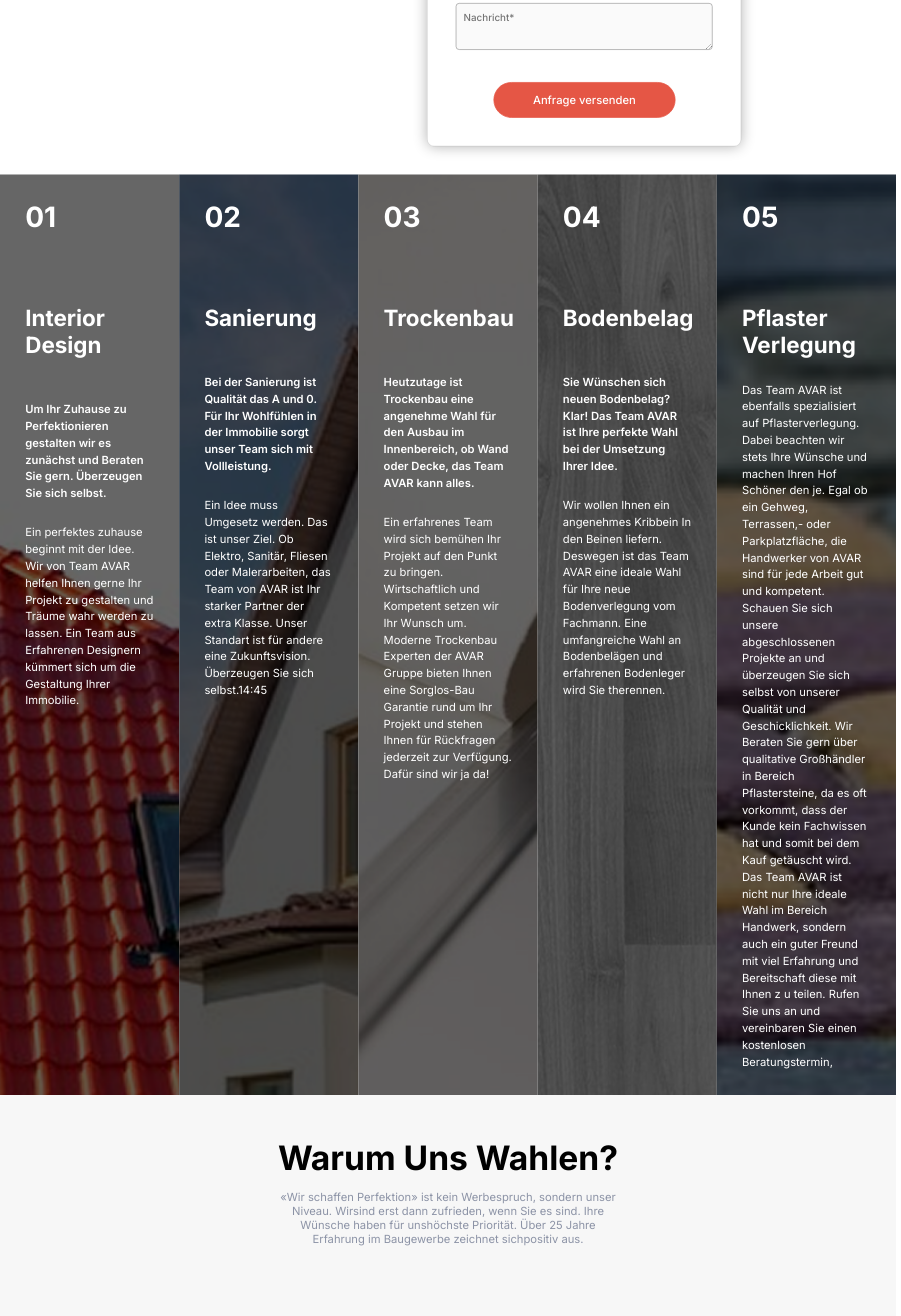
Repository: AlazarStudio/avar_react
Page: /
The author's editor kept a copy of each file at every save. The page is drawn from the files as they stood at one save, then again after a run of saves.
The browser window is 1280 px wide. The page is 1287 px wide, so the pictures cover 1287 px, including what lies to the right of the window. The pictures show the part of the page from y = 1195 to 3075 px (the page is 8058 px tall before and 7647 px after), at 70% of full size.
The project was rebuilt for these pictures with package versions that can differ from the ones it lists, and the page was loaded fresh each time. Also part of the build but not shown: vite.config.js, src/Components/Pages/Non_Found_Page.jsx, src/Components/Pages/HomePage/HomePage.module.css, src/Components/Pages/UberUnsPage/UberUnsPage.module.css, src/Components/ui/UberUnsContainers/Container1/Container1.module.css, src/Components/ui/UberUnsContainers/Container1/Container1.jsx, src/Components/ui/UberUnsContainers/Container2/Container2.module.css, src/Components/ui/UberUnsContainers/Container2/Container2.jsx and 55 more.

Above is the page before, as saved 2025-07-04 15:33:27.

### index.html
<!DOCTYPE html>
<html lang="ru">
  <head>
    <meta charset="UTF-8" />
    <link rel="icon" type="image/svg+xml" href="/Vector.svg" />
    <meta name="viewport" content="width=device-width, initial-scale=1.0" />
    <title>AVAR</title>
    <!-- Основные мета-теги для iOS -->
    <meta name="apple-mobile-web-app-capable" content="yes" />
    <meta name="apple-mobile-web-app-status-bar-style" content="black" />
    <meta name="apple-mobile-web-app-title" content="My App" />

    <!-- Иконки для iOS -->
    <link rel="apple-touch-icon" href="/favicon-alazar-studio.png" />

    <!-- Цветовая схема для iOS (настраивает цвет адресной строки и интерфейса) -->
    <meta name="theme-color" content="#1976d2" />

    <link rel="manifest" href="/manifest.json" />
    <link
      href="https://fonts.googleapis.com/css2?family=Inter:wght@400;500;600;700&display=swap"
      rel="stylesheet"
    />

    <!-- <link rel="stylesheet" href="https://fonts.googleapis.com/css2?family=Montserrat:wght@400;700&display=swap"> -->
  </head>

  <body>
    <div id="root"></div>
    <script type="module" src="/src/main.jsx"></script>
  </body>
</html>

### src/App.jsx
import React from 'react';
import { Route, Routes } from 'react-router-dom';

// import Main_Page from './Components/Pages/Main_Page';
import Non_Found_Page from './Components/Pages/Non_Found_Page';
import Layout from './Components/Standart/Layout/Layout';
// import InstallButton from './Components/Pages/InstallButton/InstallButton';
import HomePage from './Components/Pages/HomePage/HomePage';
import UberUnsPage from './Components/Pages/UberUnsPage/UberUnsPage';
import ServicesPage from './Components/Pages/ServicesPage/ServicesPage';
import ProjektePage from './Components/Pages/ProjektePage/ProjektePage';
import OneProjektPage from './Components/Pages/OneProjektPage/OneProjektPage';
import KontaktPage from './Components/Pages/KontaktPage/KontaktPage';
import UnserTeamPage from './Components/Pages/UnserTeamPage/UnserTeamPage';
import BewertungenPage from './Components/Pages/BewertungenPage/BewertungenPage';

function App() {
  return (
    <>
      <Routes>
        <Route path="/" element={<Layout />}>
          <Route index element={<HomePage />} />
          <Route path="überUns" element={<UberUnsPage />} />
          <Route path="services" element={<ServicesPage />} />\
          <Route path="projekte" element={<ProjektePage />} />
          <Route path="projekte/:id" element={<OneProjektPage />} />
          <Route path="kontakt" element={<KontaktPage />} />
          <Route path="unserTeam" element={<UnserTeamPage />} />
          <Route path="bewertungen" element={<BewertungenPage />} />
          <Route path="*" element={<Non_Found_Page />} />
        </Route>
      </Routes>

      {/* Кнопка установки */}
      {/* <InstallButton /> */}
    </>
  );
}

export default App;

### src/index.css
* {
  margin: 0;
  padding: 0;
  box-sizing: border-box;
  /* font-family: 'Arial', sans-serif; */
  font-family: 'Inter', sans-serif;
  scroll-behavior: smooth;
}

a {
  text-decoration: none;
}

:root {
  --blockWidth: 1300px;
}

body {
  /* font-family: 'Arial', sans-serif; */
  font-family: 'Inter', sans-serif;
  background-color: #FFFFFF;
}

main {
  display: flex;
  flex-direction: column;
  gap: 80px;
  padding-bottom: 80px;
}

### src/Components/Standart/Layout/Layout.jsx
import React from "react";
import { Outlet } from "react-router-dom";

import Header from "../../Blocks/Header/Header"
import Footer from "../../Blocks/Footer/Footer";


function Empty({ children, ...props }) {
    return (
        <>
            <Header/>
            <Outlet />
            <Footer/>
        </>
    );
}

export default Empty;

### src/Components/Pages/HomePage/HomePage.jsx
import classes from './HomePage.module.css';

import 'swiper/css';
import 'swiper/css/navigation';
import 'swiper/css/pagination';
import Container1 from '../../ui/HomePageContainers/Container1/Container1';
import Container2 from '../../ui/HomePageContainers/Container2/Container2';
import Container3 from '../../ui/HomePageContainers/Container3/Container3';
import Container4 from '../../ui/HomePageContainers/Container4/Container4';
import Container5 from '../../ui/HomePageContainers/Container5/Container5';
import Container6 from '../../ui/HomePageContainers/Container6/Container6';
import Container7 from '../../ui/HomePageContainers/Container7/Container7';
import Container8 from '../../ui/HomePageContainers/Container8/Container8';
import Container9 from '../../ui/HomePageContainers/Container9/Container9';

function HomePage({ children, ...props }) {
  return (
    <>
      <div className={classes.contaier}>
        <Container1 />
        <Container2 />
        <Container3 />
        <Container4 />
        <Container5 />
        <Container6 />
        <Container7 />
        <Container8 />
        <Container9 />
      </div>
    </>
  );
}

export default HomePage;

### src/Components/Blocks/Header/Header.jsx
import React from 'react';
import { Link, useNavigate, useLocation } from 'react-router-dom';
import classes from './Header.module.css';

function Header({ children, ...props }) {
  const navigate = useNavigate();
  const location = useLocation(); // Получаем текущий путь

  // Условно применяем класс для синего фона на странице OneProjektPage
  const isOneProjectPage = location.pathname.includes('projekte/');

  return (
    <div
      className={`${classes.container} ${
        isOneProjectPage ? classes.blueBackground : ''
      }`}
    >
      <div className={classes.header}>
        <div className={classes.headerLeft}>
          <img src="../images/logoHome.png" onClick={() => navigate('/')} />
        </div>
        <div className={classes.headerRight}>
          <ul className={classes.navigate}>
            <li>
              <Link to="/">Home</Link>
            </li>
            <li>
              <Link to="/überUns">Über uns</Link>
            </li>
            <li>
              <Link to="/unserTeam">Unser Team</Link>
            </li>
            <li>
              <Link to="/bewertungen">Bewertungen</Link>
            </li>
            <li>
              <Link to="/services">Services</Link>
            </li>
            <li>
              <Link to="/projekte">Projekte</Link>
            </li>
            <li>
              <Link to="/kontakt">Kontakt</Link>
            </li>
            <li>
              <a className={classes.w} href="tel:01785029999">
                Call Us
              </a>
            </li>
          </ul>
        </div>
      </div>
    </div>
  );
}

export default Header;

### src/Components/ui/HomePageContainers/Container1/Container1.jsx
import React from 'react';
import classes from './Container1.module.css';

export default function Container1() {
  return (
    <div>
      <div className={classes.container1}>
        <div className={classes.content}>
          <div className={classes.box}>
            <div className={classes.block}>
              <span>
                Wir schaffen Räume, die begeistern - sauber und solide
              </span>
              <span>
                Von der ersten Baustufe bis zur letzten Politur stehen wir für
                Qualität, Zuverlässigkeit und Sauberkeit. Ob Bauleitung oder
                Gebäudereinigung - wir begleiten Ihr Projekt mit Erfahrung,
                Präzision und einem hohen Anspruch an Perfektion. Vertrauen Sie
                auf einen Partner, der Handwerk und Sauberkeit vereint.
              </span>
              <div className={classes.buttons}>
                <button>Kostenlose Beratung gewünscht?</button>
                {/* <button>Unsere Dienstleistungen</button> */}
              </div>
            </div>
          </div>
          <div className={classes.blockBottom}>
            <span>
              <img src="../images/coolicon (5).svg" />
              Aalborgring 4, 24109 Kiel
            </span>
            <div className={classes.contact}>
              <img src="../images/coolicon (1).svg" />
              <img src="../images/coolicon (2).svg" />
              <img src="../images/coolicon (3).svg" />
              <img src="../images/coolicon (4).svg" />
            </div>
          </div>
        </div>
      </div>
    </div>
  );
}

### src/Components/ui/HomePageContainers/Container3/Container3.jsx
import React from 'react';
import classes from './Container3.module.css';

export default function Container3() {
  return (
    <div>
      {' '}
      <div className={classes.container3}>
        <div className={classes.container3Block}>
          <div className={classes.container3BlockEl}>
            <span>01</span>
            <span>Interior Design</span>
            <span>
              Um Ihr Zuhause zu Perfektionieren gestalten wir es zunächst und
              Beraten Sie gern. Überzeugen Sie sich selbst.
            </span>
            <span>
              Ein perfektes zuhause beginnt mit der Idee. Wir von Team AVAR
              helfen Ihnen gerne Ihr Projekt zu gestalten und Träume wahr werden
              zu lassen. Ein Team aus Erfahrenen Designern kümmert sich um die
              Gestaltung Ihrer Immobilie.
            </span>
          </div>
          <div className={classes.container3BlockEl}>
            <span>02</span>
            <span>Sanierung</span>
            <span>
              Bei der Sanierung ist Qualität das A und 0. Für Ihr Wohlfühlen in
              der Immobilie sorgt unser Team sich mit Vollleistung.
            </span>
            <span>
              Ein Idee muss Umgesetz werden. Das ist unser Ziel. Ob Elektro,
              Sanitär, Fliesen oder Malerarbeiten, das Team von AVAR ist Ihr
              starker Partner der extra Klasse. Unser Standart ist für andere
              eine Zukunftsvision. Überzeugen Sie sich selbst.14:45
            </span>
          </div>
          <div className={classes.container3BlockEl}>
            <span>03</span>
            <span>Trockenbau</span>
            <span>
              Heutzutage ist Trockenbau eine angenehme Wahl für den Ausbau im
              Innenbereich, ob Wand oder Decke, das Team AVAR kann alles.
            </span>
            <span>
              Ein erfahrenes Team wird sich bemühen Ihr Projekt auf den Punkt zu
              bringen. Wirtschaftlich und Kompetent setzen wir Ihr Wunsch um.
              Moderne Trockenbau Experten der AVAR Gruppe bieten Ihnen eine
              Sorglos-Bau Garantie rund um Ihr Projekt und stehen Ihnen für
              Rückfragen jederzeit zur Verfügung. Dafür sind wir ja da!
            </span>
          </div>
          <div className={classes.container3BlockEl}>
            <span>04</span>
            <span>Bodenbelag</span>
            <span>
              Sie Wünschen sich neuen Bodenbelag? Klar! Das Team AVAR ist Ihre
              perfekte Wahl bei der Umsetzung Ihrer Idee.
            </span>
            <span>
              Wir wollen Ihnen ein angenehmes Kribbein In den Beinen liefern.
              Deswegen ist das Team AVAR eine ideale Wahl für Ihre neue
              Bodenverlegung vom Fachmann. Eine umfangreiche Wahl an
              Bodenbelägen und erfahrenen Bodenleger wird Sie therennen.
            </span>
          </div>
          <div className={classes.container3BlockEl}>
            <span>05</span>
            <span>Pflaster Verlegung</span>
            <span>
              Das Team AVAR ist ebenfalls spezialisiert auf Pflasterverlegung.
              Dabei beachten wir stets Ihre Wünsche und machen Ihren Hof Schöner
              den je. Egal ob ein Gehweg, Terrassen,- oder Parkplatzfläche, die
              Handwerker von AVAR sind für jede Arbeit gut und kompetent.
              Schauen Sie sich unsere abgeschlossenen Projekte an und überzeugen
              Sie sich selbst von unserer Qualität und Geschicklichkeit. Wir
              Beraten Sie gern über qualitative Großhändler in Bereich
              Pflastersteine, da es oft vorkommt, dass der Kunde kein Fachwissen
              hat und somit bei dem Kauf getäuscht wird. Das Team AVAR ist nicht
              nur Ihre ideale Wahl im Bereich Handwerk, sondern auch ein guter
              Freund mit viel Erfahrung und Bereitschaft diese mit Ihnen z u
              teilen. Rufen Sie uns an und vereinbaren Sie einen kostenlosen
              Beratungstermin,
            </span>
          </div>
        </div>
      </div>
    </div>
  );
}

### src/Components/ui/HomePageContainers/Container5/Container5.jsx
import React from 'react';
import classes from './Container5.module.css';

export default function Container5() {
  return (
    <div>
      {' '}
      <div className={classes.container5}>
        <div className={classes.contaier5Block}>
          <div className={classes.contaier5BlockEl}>
            <span>200+</span>
            <span>Projekte jährlich</span>
          </div>
          <div className={classes.contaier5BlockEl}>
            <span>20</span>
            <span>Team von Handwerkern</span>
          </div>
          <div className={classes.contaier5BlockEl}>
            <span>110%</span>
            <span>Leistung</span>
          </div>
          <div className={classes.contaier5BlockEl}>
            <span>1</span>
            <span>Ziel</span>
          </div>
        </div>
      </div>
    </div>
  );
}

### src/Components/ui/HomePageContainers/Container7/Container7.jsx
import React from 'react';
import classes from './Container7.module.css';

export default function Container7() {
  return (
    <div>
      {' '}
      <div className={classes.container7}>
        <img src="../images/homeCon71.png" className={classes.contaier7Bg} />
        <div className={classes.container7Block}>
          <div className={classes.container7BlockLeft}>
            <img src="../images/homeCon72.png" />
          </div>
          <div className={classes.container7BlockRight}>
            <div className={classes.container7BlockRightEl}>
              <span>Das Sagen Unsere Uber Uns</span>
              <span>
                ‘’Wir Haben Das Team Von AVAR Am Anfang Mit Ein Wenig Vorsicht
                Betrachtet, Allerdings Haben Wir Schnell Gemerkt, Dass Es
                Erfahrene Jungs Sind, Die Ihre Arbeit Kennen Und Diese Einfach
                Auf Einem Unglaublichen Niveau Und Schnelligkeit Umsetzten. Im
                Moment Fehlt Das Geld Für Eine Zweite Wohnung, Allerdings, Falls
                Unsere Familie Sich Entschließt Im Laufe Der Zeit Eine Zweite Zu
                Kaufen, Werden Wir Uns Definitiv Für Eine Erneute Zusammenarbeit
                Mit Herrn Abakarov Von Team AVAR Entscheiden. Danke Euch!’’
              </span>
              <span>Pia-Maria Wendtland</span>
            </div>
          </div>
        </div>
      </div>
    </div>
  );
}

### src/Components/ui/HomePageContainers/Container9/Container9.jsx
import React from 'react';
import classes from './Container9.module.css';

export default function Container9() {
  return (
    <div>
      {' '}
      <div className={classes.container9}>
        <div className={classes.container9Block}>
          <span>Offizieller Partner Der Postbank</span>
          <a href="https://www.postbank.de/">
            <img src="../images/image 7.svg" />
          </a>
        </div>
      </div>
    </div>
  );
}

### src/Components/Blocks/Header/Header.module.css
.container {
  display: flex;
  align-items: center;
  justify-content: center;
  width: 100%;
  height: 96px;
  margin-bottom: -96px;
}

.header {
  display: flex;
  align-items: center;
  justify-content: space-between;
  width: 100%;
  height: 100%;
  max-width: 1304px;
  background-color: inherit;
  z-index: 11;
}

.headerLeft {
  display: flex;
  align-items: center;
  justify-content: center;
  width: 160px;
  height: 54px;
}

.headerLeft img {
  width: 100%;
  height: 100%;
  cursor: pointer;
}

.headerRight {
  display: flex;
  width: 100%;
  max-width: 954px;
}

.navigate {
  display: flex;
  width: 100%;
  align-items: center;
  justify-content: space-between;
  list-style-type: none;
  padding-right: 3px;
  /* outline: 3px solid red; */
}

.navigate a {
  color: #ffffff;
  text-decoration: none;
  font-size: 16px;
  font-weight: 400;
  cursor: pointer;
  transition: all 0.2s ease-in-out;
  padding-bottom: 4px;
  border-bottom: 1px solid inherit;
}

.navigate a:hover {
  color: #e55645;
  border-bottom: 1px solid #e55645;
  transition: color 0.6s ease;
}

.w {
  display: flex;
  align-items: center;
  justify-content: center;
  line-height: 100%;
  color: #ffffff;
  text-decoration: none;
  font-size: 16px;
  font-weight: 400;
  width: 84px !important;
  height: 40px !important;
  cursor: pointer;
  transition: none;
  padding: 0;
  border-bottom: none;
  background-color: #e55645 !important;
  border-radius: 10px;
}

.w:hover {
  color: #fff !important;
  border-bottom: none;
  transition: color 0.6s ease;
}

.blueBackground {
  background-color: #000322;
}

@media (max-width: 768px) {
  .container {
    display: none;
  }
}

### src/Components/ui/HomePageContainers/Container5/Container5.module.css

.container5 {
  display: flex;
  align-items: center;
  justify-content: center;
  width: 100%;
  background-color: #f7f7f7;
}

.contaier5Block {
  display: flex;
  flex-direction: row;
  align-items: center;
  justify-content: space-between;
  width: 100%;
  max-width: 1304px;
  padding: 80px 60px;
}

.contaier5BlockEl {
  display: flex;
  flex-direction: column;
  gap: 16px;
  color: #8c93a6;
}

.contaier5BlockEl span:nth-of-type(1) {
  font-size: 64px;
  font-weight: 700;
  text-align: center;
}

.contaier5BlockEl span:nth-of-type(2) {
  font-size: 20px;
  font-weight: 700;
  text-align: center;
  width: 130px;
}

@media (max-width: 768px) {
  .container5 {
  }

  .contaier5Block {
    flex-wrap: wrap;
    width: 100%;
    max-width: 768px;
    padding: 40px;
    gap: 50px;
  }

  .contaier5BlockEl {
    display: flex;
    align-items: center;
    justify-content: center;
    width: 40%;
    gap: 12px;
  }

  .contaier5BlockEl span:nth-of-type(1) {
    font-size: 47px;
    font-weight: 700;
    text-align: center;
  }

  .contaier5BlockEl span:nth-of-type(2) {
    font-size: 14px;
    font-weight: 700;
    text-align: center;
  }
}

### src/Components/ui/HomePageContainers/Container6/Container6.module.css

.container6 {
  display: flex;
  align-items: center;
  justify-content: center;
  width: 100%;
  /* border: 1px solid red; */
}

.container6Block {
  display: flex;
  align-items: center;
  justify-content: center;
  flex-direction: column;
  width: 100%;
  max-width: 1304px;
  padding: 110px 0;
  gap: 66px;
  /* outline: 1px solid red; */
}

.container6BlockTop {
  display: flex;
  align-items: center;
  justify-content: center;
  width: 100%;
  font-size: 40px;
  font-weight: 700;
}

.container6BlockBottom {
  display: flex;
  align-items: center;
  justify-content: center;
  width: 100%;
}

.container6BlockBottom1 {
  display: flex;
  align-items: center;
  justify-content: center;
  width: 100%;
}

.container6BlockBottomEl {
  background: #fff;
  padding: 1.5rem;
  border-radius: 12px;
  /* box-shadow: 0 8px 24px rgba(0, 0, 0, 0.1); */
  display: flex;
  flex-direction: column;
  gap: 24px;
  /* text-align: center; */
  height: 100%;
  cursor: pointer;
  margin-top: 50px;
  margin-bottom: 80px;
}

.container6BlockBottomEl img {
  width: 100%;
  height: 285px;
  object-fit: cover;
  border-radius: 8px;
}

.container6BlockBottomEl span:nth-of-type(1) {
  font-size: 20px;
  font-weight: 700;
}

.container6BlockBottomEl span:nth-of-type(2) {
  font-size: 16px;
  font-weight: 400;
  color: #8c93a6;
}

@media (max-width: 768px) {
  .container6Block {
    padding: 40px 0;
    gap: 16px;
    /* outline: 1px solid red; */
  }

  .container6BlockTop {
    text-align: center;
    font-size: 24px;
    width: 260px;
  }
}

### src/Components/ui/HomePageContainers/Container9/Container9.module.css
.container9 {
  display: flex;
  align-items: center;
  justify-content: center;
  width: 100%;
}

.container9Block {
  display: flex;
  align-items: center;
  justify-content: center;
  gap: 62px;
  max-width: 1304px;
  padding-bottom: 150px;
}

.container9Block img {
  width: 748px;
  height: 203px;
}

.container9Block span {
  font-size: 40px;
  font-weight: 700;
  width: 410px;
  order: 2;
}

@media (max-width: 768px) {
  .container9 {
    display: flex;
    align-items: center;
    justify-content: center;
    width: 100%;
  }

  .container9Block {
    display: flex;
    flex-direction: column;
    align-items: center;
    justify-content: center;
    gap: 24px;
    max-width: 768px;
    padding: 15px;
  }

  .container9Block img {
    width: 100%;
    height: auto;
  }

  .container9Block span {
    display: flex;
    text-align: center;
    font-size: 24px;
    font-weight: 700;
    width: 280px;
  }
}

Loaded but not shown: src/main.jsx (common file); bd.js (104 lines, source omitted); src/Components/ui/HomePageContainers/Container2/Container2.jsx (167 lines, source omitted); src/Components/ui/HomePageContainers/Container2/Container2.module.css (315 lines, source omitted); src/Components/Blocks/Footer/Footer.module.css (246 lines, source omitted); src/Components/ui/HomePageContainers/Container1/Container1.module.css (251 lines, source omitted); src/Components/Blocks/Footer/Footer.jsx (77 lines, source omitted); src/Components/ui/HomePageContainers/Container3/Container3.module.css (145 lines, source omitted); src/Components/ui/HomePageContainers/Container4/Container4.module.css (147 lines, source omitted); src/Components/ui/HomePageContainers/Container8/Container8.module.css (120 lines, source omitted); src/Components/ui/HomePageContainers/Container4/Container4.jsx (51 lines, source omitted); src/Components/ui/HomePageContainers/Container7/Container7.module.css (120 lines, source omitted); src/Components/ui/HomePageContainers/Container6/Container6.jsx (56 lines, source omitted); src/Components/ui/HomePageContainers/Container8/Container8.jsx (55 lines, source omitted)

After the next 2 saves:
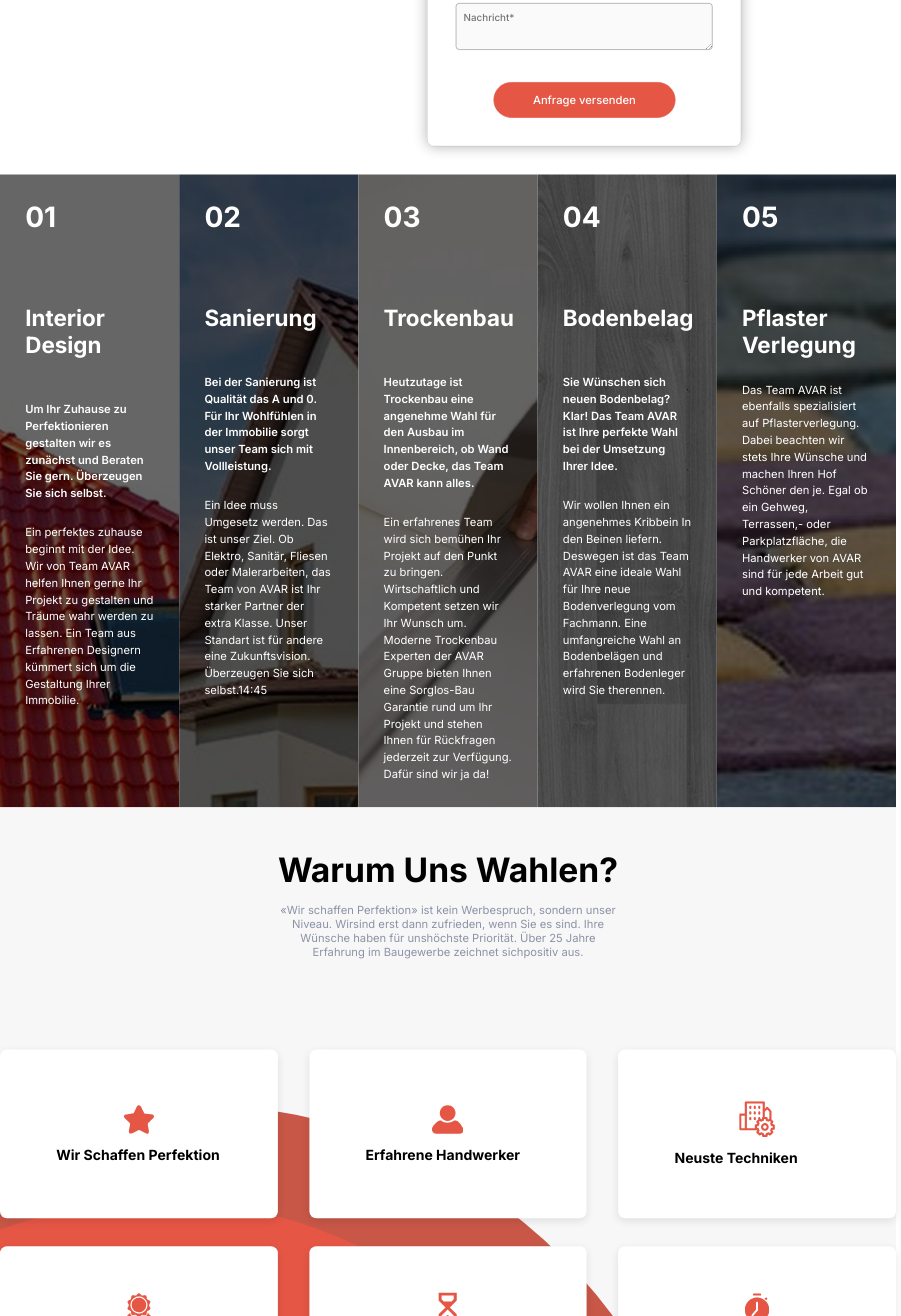
The 2 saves are shown as one change because they came seconds apart.
The last was saved 3 min 8 s later.
--- a/src/Components/ui/HomePageContainers/Container3/Container3.jsx
+++ b/src/Components/ui/HomePageContainers/Container3/Container3.jsx
@@ -72,15 +72,6 @@ export default function Container3() {
               Dabei beachten wir stets Ihre Wünsche und machen Ihren Hof Schöner
               den je. Egal ob ein Gehweg, Terrassen,- oder Parkplatzfläche, die
               Handwerker von AVAR sind für jede Arbeit gut und kompetent.
-              Schauen Sie sich unsere abgeschlossenen Projekte an und überzeugen
-              Sie sich selbst von unserer Qualität und Geschicklichkeit. Wir
-              Beraten Sie gern über qualitative Großhändler in Bereich
-              Pflastersteine, da es oft vorkommt, dass der Kunde kein Fachwissen
-              hat und somit bei dem Kauf getäuscht wird. Das Team AVAR ist nicht
-              nur Ihre ideale Wahl im Bereich Handwerk, sondern auch ein guter
-              Freund mit viel Erfahrung und Bereitschaft diese mit Ihnen z u
-              teilen. Rufen Sie uns an und vereinbaren Sie einen kostenlosen
-              Beratungstermin,
             </span>
           </div>
         </div>
